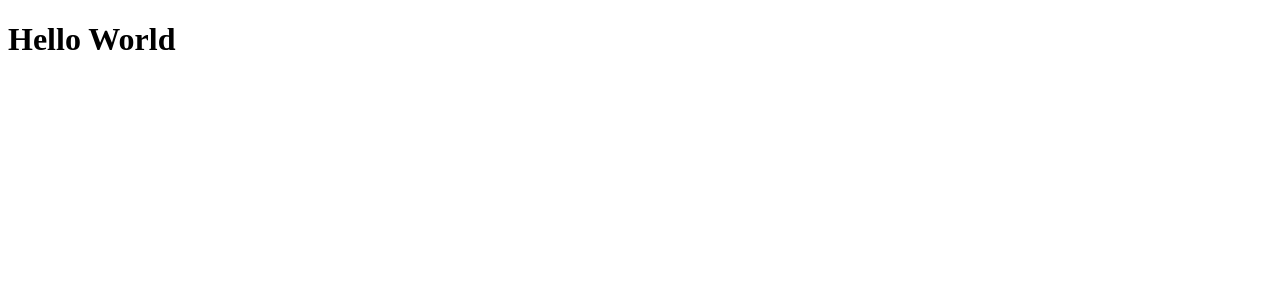
Repository: Clarkbas/Coding-Dojo-Java
Page: mostrarFecha/src/main/resources/static/date.html
These files come from the project's save history. The page is drawn as it stood at one moment and after the next save; the edit follows.
The browser window is 1280 px wide. The pictures show the whole page.

Above is the page before, as saved 2023-07-12 23:23:41.

After the next save:
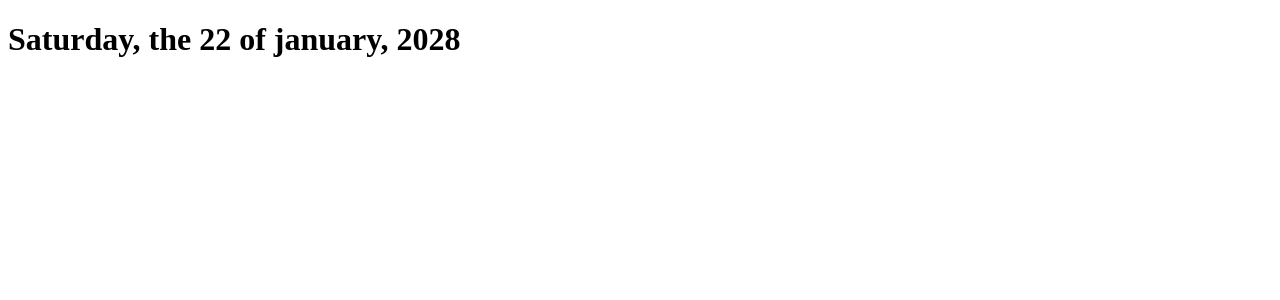
Saved 51 s later.
--- a/mostrarFecha/src/main/resources/static/date.html
+++ b/mostrarFecha/src/main/resources/static/date.html
@@ -6,6 +6,6 @@
         <script type="text/javascript" src="js/app.js"></script>
 </head>
 <body>
-        <h1>Hello World</h1>
+        <h1>Saturday, the 22 of january, 2028</h1>
 </body>
 </html>
